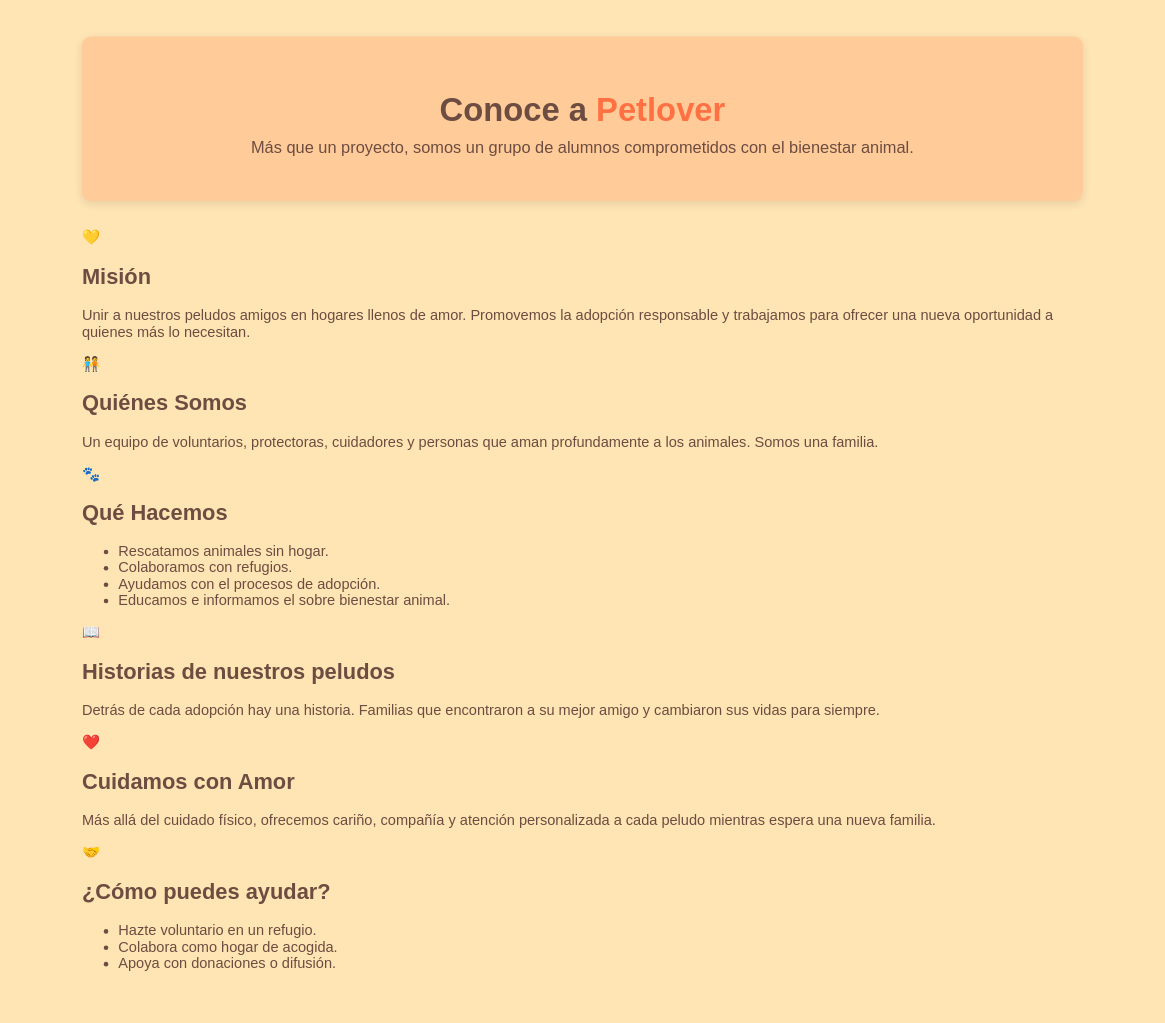
Repository: adriarodrisan/PetLover
Page: Paginas_web/SobreNosotros.html
An editor plug-in stored every save of this project. The page is shown before and after the next save, followed by the edit.
The browser window is 1280 px wide. The pictures show the whole page, at 91% of full size.

Above is the page before, as saved 2025-03-20 15:00:00.

### Paginas_web/SobreNosotros.html
<!DOCTYPE html>
<html lang="en">
<head>
    <meta charset="UTF-8">
    <meta name="viewport" content="width=device-width, initial-scale=1.0">
    <title>Sobre Nosotros - Petlover </title>
    <link rel="stylesheet" href="/Css_Paginas/SobreNosotros.css">
</head>
<body>
    <main class="seccion-nosotros">
        <section class="encabezado-nosotros">
            <h1>Conoce a <span class="marca">Petlover</span></h1>
            <p>Más que un proyecto, somos un grupo de alumnos comprometidos con el bienestar animal. </p>
        </section>

        <section class="tarjetas-nosotros">
            <div class="tarjeta">
                <div class="icono">💛</div>
                <h2>Misión</h2>
                <p>Unir a nuestros peludos amigos en hogares llenos de amor. Promovemos la adopción responsable y trabajamos para ofrecer una nueva oportunidad a quienes más lo necesitan.</p>
            </div>
            <div class="tarjeta">
                <div class="icono">🧑‍🤝‍🧑</div>
                <h2>Quiénes Somos</h2>
                <p>Un equipo de voluntarios, protectoras, cuidadores y personas que aman profundamente a los animales. Somos una familia.</p>
              </div>
              <div class="tarjeta">
                <div class="icono">🐾</div>
                <h2>Qué Hacemos</h2>
                <ul>
                  <li>Rescatamos animales sin hogar.</li>
                  <li>Colaboramos con refugios.</li>
                  <li>Ayudamos con el procesos de adopción.</li>
                  <li>Educamos e informamos el sobre bienestar animal.</li>
                </ul>
              </div>
              <div class="tarjeta">
                <div class="icono">📖</div>
                <h2>Historias de nuestros peludos</h2>
                <p>Detrás de cada adopción hay una historia. Familias que encontraron a su mejor amigo y cambiaron sus vidas para siempre.</p>
              </div>

              <div class="tarjeta">
                <div class="icono">❤️</div>
                <h2>Cuidamos con Amor</h2>
                <p>Más allá del cuidado físico, ofrecemos cariño, compañía y atención personalizada a cada peludo mientras espera una nueva familia.</p>
              </div>
              <div class="tarjeta">
                <div class="icono">🤝</div>
                <h2>¿Cómo puedes ayudar?</h2>
                <ul>
                  <li>Hazte voluntario en un refugio.</li>
                  <li>Colabora como hogar de acogida.</li>
                  <li>Apoya con donaciones o difusión.</li>
                </ul>
              </div>

        </section>
</body>

</body>
</html>

### Css_Paginas/SobreNosotros.css
body {
    margin: 0;
    padding: 0;
    font-family: 'Arial', sans-serif;
    background-color: #FFE5B4;
    color: #6D4C41;
  }
  .seccion-nosotros {
    max-width: 1100px;
    margin: 0 auto;
    padding: 40px 20px;
  }
  .encabezado-nosotros {
    text-align: center;
    padding: 30px 20px;
    background-color: #FFCC99;
    border-radius: 10px;
    margin-bottom: 30px;
    box-shadow: 0 3px 10px rgba(0, 0, 0, 0.1);
  }
  .encabezado-nosotros h1 {
    font-size: 36px;
    margin-bottom: 10px;
  }
  .encabezado-nosotros .marca {
    color: #FF7043;
  }
  .encabezado-nosotros p {
    font-size: 18px;
    margin-top: 10px;
    color: #6D4C41;
  }

After the next save:
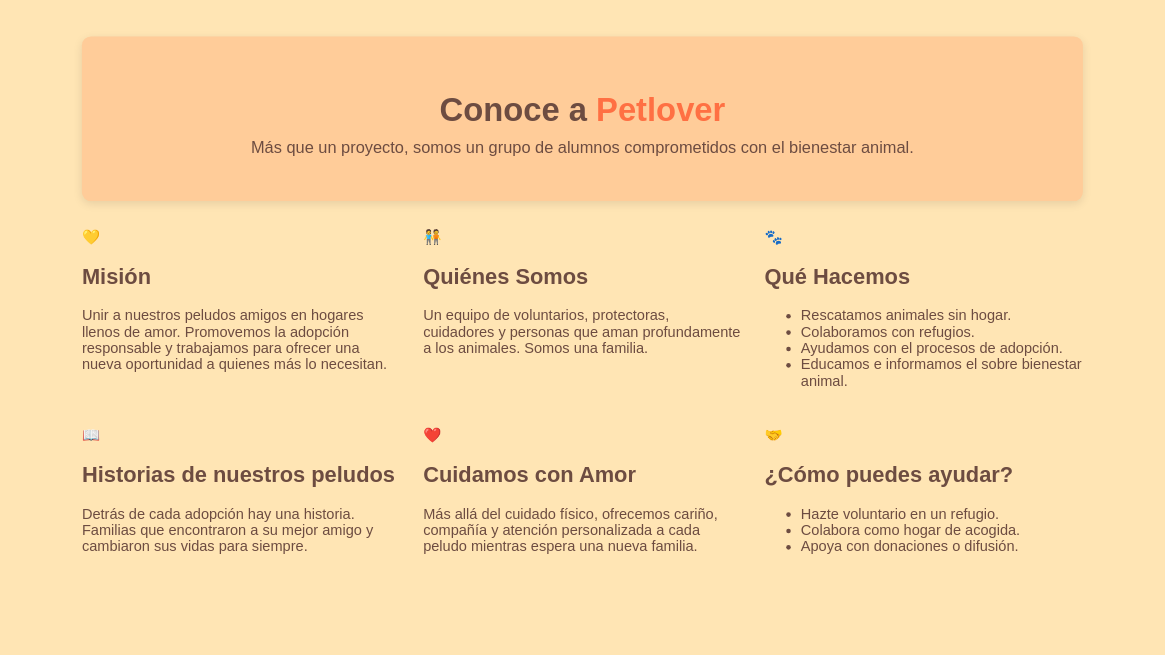
Saved 112 s later.
--- a/Css_Paginas/SobreNosotros.css
+++ b/Css_Paginas/SobreNosotros.css
@@ -30,3 +30,9 @@
     margin-top: 10px;
     color: #6D4C41;
   }
+  .tarjetas-nosotros {
+    display: grid;
+    grid-template-columns: repeat(auto-fit, minmax(260px, 1fr));
+    gap: 25px;
+    margin-bottom: 40px;
+  }
